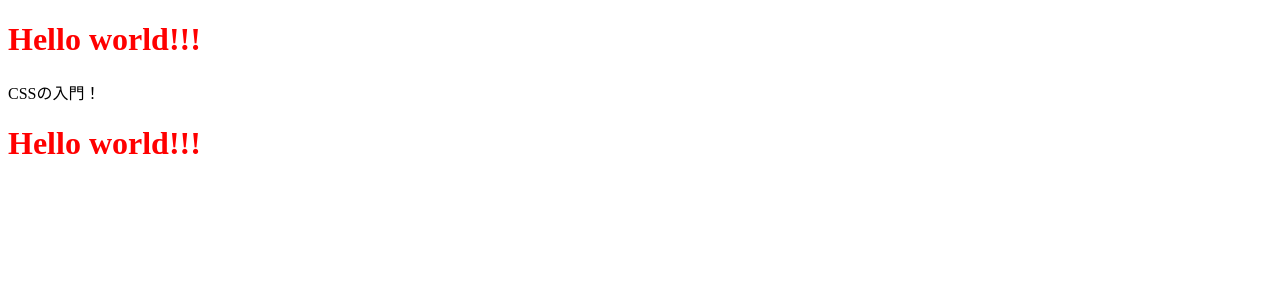
Repository: erikotanaka-san/mynews2
Page: html/css_intro/index.html
The author's editor kept a record of every edit. The page is drawn from the files as they stood at one moment, then again after the next edit.
The browser window is 1280 px wide. The pictures show the whole page.

Above is the page before.

### html/css_intro/index.html
<!DOCTYPE HTML>
<html>
<head>
  <meta charset="UTF-8" />
  <title>tech boost</title>

  <style>
    h1 {
      color: red;
    }
  </style>
</head>
  <body>
    <h1>Hello world!!!</h1>
    <p>CSSの入門！</p>
  </body>
</html>

<!DOCTYPE HTML>
<html>
<head>
  <meta charset="UTF-8" />
  <title>tech boost</title>

  <style>
    h1 {
      color: red;
    }
  </style>
</head>
  <body>
    <h1 id="title">Hello world!!!</h1>
    <p class="description>CSSの入門！</p>
#title {
  color: red;
}

.description {
  color: blue;
}
  </body>
</html>

After the next edit:
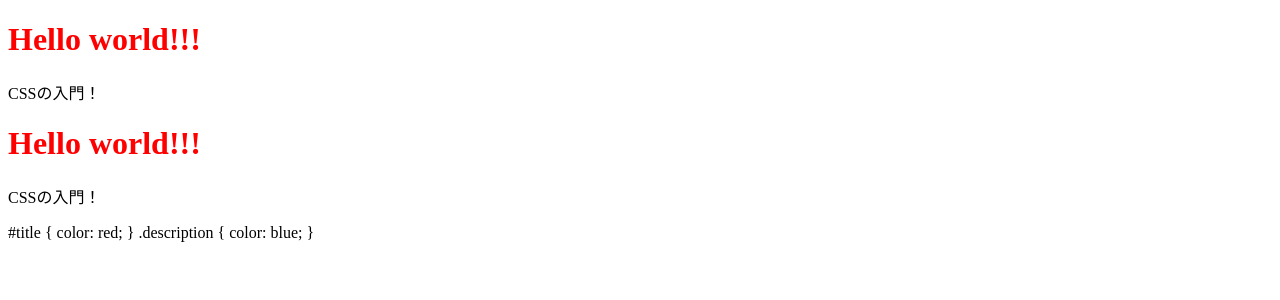
The edit:
--- a/html/css_intro/index.html
+++ b/html/css_intro/index.html
@@ -30,7 +30,7 @@
 </head>
   <body>
     <h1 id="title">Hello world!!!</h1>
-    <p class="description>CSSの入門！</p>
+    <p class="description">CSSの入門！</p>
 #title {
   color: red;
 }
